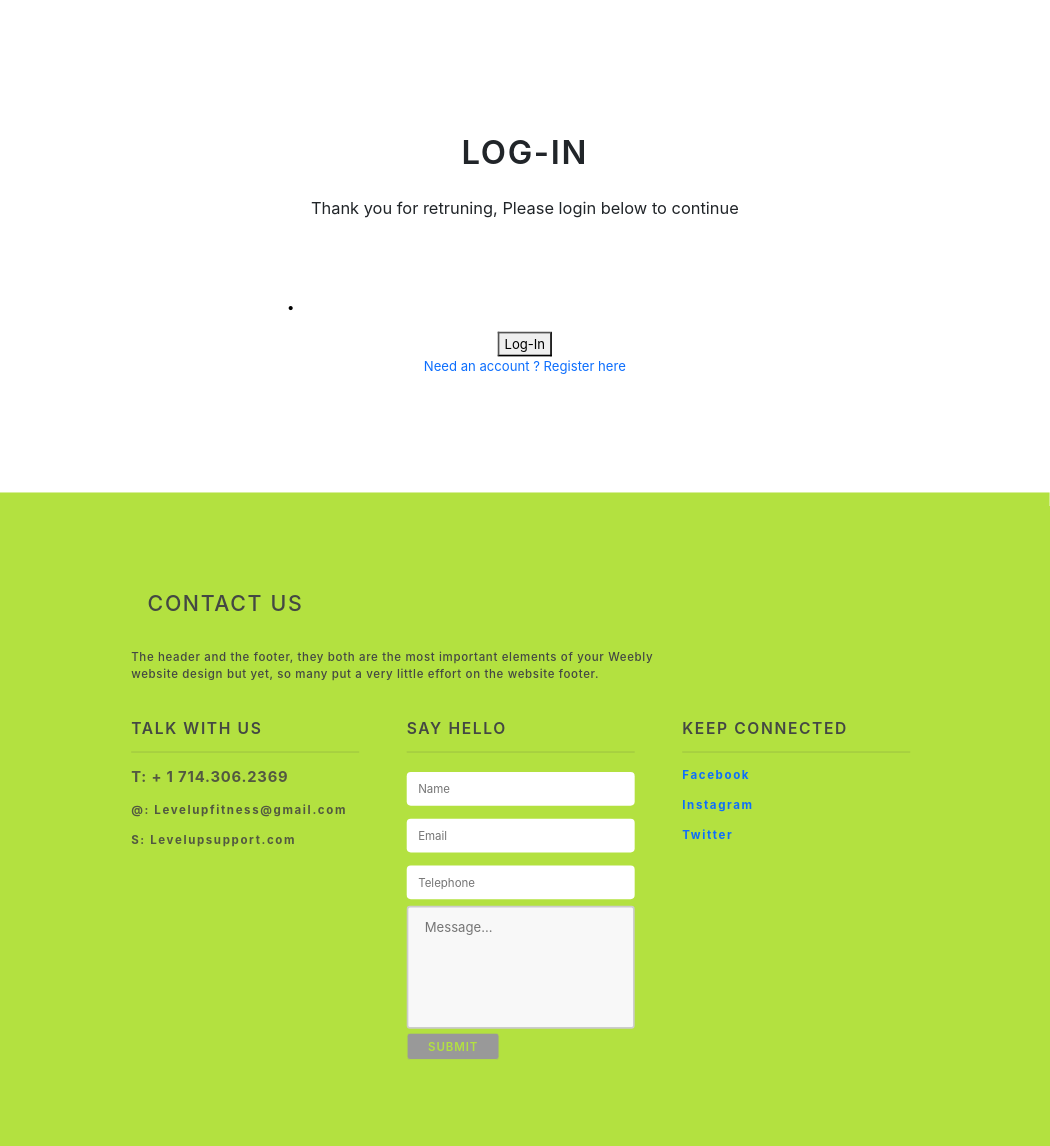
Repository: Bojurie/Level-up
Page: /login (app in client/)
These files come from the project's save history. The page is drawn as it stood at one moment and after a run of saves; the edit follows.
The browser window is 1280 px wide. The pictures show the part of the page from y = 314 to 1711 px (the page is 1711 px tall), at 82% of full size.
Some web fonts or font styles are not loaded; a fallback is used. Some web libraries are served in a nearby version. The project was rebuilt for these pictures with package versions that can differ from the ones it lists, and the page was loaded fresh each time. Also part of the build but not shown: client/src/components/Carousel.css, client/src/components/Carousel.js, client/src/components/BlogIist.js, client/src/components/HomeVlog.css, client/src/components/HomeVlog.js, client/src/components/homeProducts.css, client/src/components/HomeProducts.js, client/src/components/HomeShop.css and 12 more.

Above is the page before, as saved 2022-12-04 13:00:20.

### client/public/index.html
<!DOCTYPE html>
<html lang="en">
  <head>
    <meta charset="utf-8" />
    <link rel="icon" href="%PUBLIC_URL%/favicon.ico" />
    <meta name="viewport" content="width=device-width, initial-scale=1" />
    <meta name="theme-color" content="#000000" />
    <meta
      name="description"
      content="Web site created using create-react-app"
    />
    <link rel="apple-touch-icon" href="%PUBLIC_URL%/logo192.png" />
    <link rel="manifest" href="%PUBLIC_URL%/manifest.json" />

    <link rel="preconnect" href="https://fonts.googleapis.com" />
    <link rel="preconnect" href="https://fonts.gstatic.com" crossorigin />
    <link
      href="https://fonts.googleapis.com/css2?family=Asap+Condensed:ital,wght@0,400;0,500;1,400&family=Chivo:wght@300;400&family=Jura:wght@300;400;500;600;700&family=Lato:ital,wght@0,400;0,700;1,400&family=Nunito+Sans:wght@400;600&family=Oswald:wght@300;500;700&family=Playball&family=Roboto:ital,wght@0,400;0,500;1,500&family=Wallpoet&display=swap"
      rel="stylesheet"
    />

    <link
      rel="stylesheet"
      href="https://cdn.jsdelivr.net/npm/bootstrap@5.1.3/dist/css/bootstrap.min.css"
      integrity="sha384-1BmE4kWBq78iYhFldvKuhfTAU6auU8tT94WrHftjDbrCEXSU1oBoqyl2QvZ6jIW3"
      crossorigin="anonymous"
    />
    <script
      src="https://kit.fontawesome.com/5ffdb52964.js"
      crossorigin="anonymous"
    ></script>
    <title>React App</title>
    <script
      src="https://kit.fontawesome.com/5ffdb52964.js"
      crossorigin="anonymous"
    ></script>
  </head>
  <body>
    <noscript>You need to enable JavaScript to run this app.</noscript>
    <div id="root"></div>
    <!--
      This HTML file is a template.
      If you open it directly in the browser, you will see an empty page.

      You can add webfonts, meta tags, or analytics to this file.
      The build step will place the bundled scripts into the <body> tag.

      To begin the development, run `npm start` or `yarn start`.
      To create a production bundle, use `npm run build` or `yarn build`.
    -->
  </body>
</html>

### client/src/App.js
import React from 'react';
// import { BrowserRouter as Router, Route, Routes } from 'react-router-dom';
import { BrowserRouter as Router, Route, Routes} from 'react-router-dom'


import Home from './pages/Home';
import About from './pages/About';
import Shop from './pages/Shop';
import Contact from './pages/Contact';
import Navbar from './components/Navbar';
import Footer from './components/Footer';
import LogIn from './pages/LogIn';
import Register from './pages/Register';
// import Chart from './components/Chart';
import Vlog from './pages/Vlog';

import {DataProvider} from './components/Context'


function App() {

  return (
        <Router>
          <DataProvider>
          <Navbar />
          <Routes>
              <Route path='/' element={<Home />} />
              <Route path='/about' element={<About />} />
              <Route path='/contact' element={<Contact />} />
              <Route path='/shop' element={<Shop />} />
              <Route path='/vlog' element={<Vlog />} />
              <Route path='/login' element={<LogIn/>} />
              <Route path='/register' element={<Register />} />
              {/* <Route path='/chart' element={<Chart/>} /> */}
          </Routes>
          <Footer />
          </DataProvider>
        </Router>
  );
}

export default App;

### client/src/components/Navbar.js
import React from 'react';
import { Link } from 'react-router-dom';

import './Navbar.css'
import Logo from '../images/Logo.png'



const Navbar = () => {
  return (
    <nav className='navbar'>
      <div className='navbar-wrapper'>
        <Link to='/' className='logo'>
            <img src={Logo} alt='logo' />
        </Link>
        <ul className='navbar-links'>
            <Link to='/' >Home </Link>
            <Link to='/shop'> Shop</Link>
            <Link to='/Vlog'> V-Log</Link>
            <Link to='/about'> About</Link>
            <Link to='/contact'> Contact</Link>
            <Link to='/login'> Login </Link>
            <Link to='/register'>SignUp</Link>
            <Link to='/chart'><i class="fa-solid fa-cart-shopping"></i></Link>

        </ul>
      </div>

    </nav>
  );
}

export default Navbar;

### client/src/components/Footer.js
import React from 'react';
import { Link } from 'react-router-dom';
  import { FontAwesomeIcon } from '@fortawesome/react-fontawesome'
  import { instagram } from '@fortawesome/free-solid-svg-icons'

import './Footer.css';

const Footer = () => {
  return (
    <div className='footer'>
      <div className='footer-wrapper'>
        <div className='footer-header-wrapper'>
          <div className='footer-header'>
            <h1>Contact Us</h1>
          </div>
          <div className='footer-paragraph'>
            <p>The header and the footer, they both are the most important elements of your Weebly website design but yet, so many put a very little effort on the website footer.</p>
          </div>

        </div>
        <div className='footer-nav-content'>
            <div className='footer-navs-left'>
              <h3>Talk With Us</h3><hr/>
              <div className='footer-contact'>
                <div className='tel'>
                  <p>T: + 1 714.306.2369</p>
                </div>
                <div className='email'>
                  <p>@: Levelupfitness@gmail.com</p>
                </div>
                <div className='support'>
                  <p>S: Levelupsupport.com</p>
                </div>

              </div>

            </div>
            <div className='footer-navs-middle'>
                <h3>Say Hello</h3><hr/>
              <div className='footer-form'>

                  <form className='form'>
                    <input type='text' placeholder=' Name' />
                    <input type='text' placeholder=' Email' />
                    <input type='text' placeholder=' Telephone' />
                    <textarea placeholder='Message...' />
                  </form>
                  <div className='form-btn'>
                    <input type='submit' placeholder='' />
                  </div>

              </div>
            </div>
            <div className='footer-navs-right'>
              <h3>Keep Connected</h3><hr/>
              <div className='social-media'>
                <p><Link to='/'>Facebook</Link></p>
                <p><Link to='/'><FontAwesomeIcon icon="fa-brands fa-instagram" /> Instagram</Link></p>
                <p><Link to='/'>Twitter</Link></p>

              </div>

            </div>
        </div>


      </div>
    </div>
  );
}

export default Footer;

### client/src/pages/LogIn.js
import React from 'react';
import LoginForm from '../components/auth/LoginForm';
import { FormTitle } from '../components/FormTitle';
import './Login.css'

const LogIn = () => {
  return (
    <div >
      <FormTitle className="FormTitleLogin-title" text="Log - In " />
      <div>
        <div className='login'>
          <div className='login-wrapper'>
            <div className='login-form-wrapper'>
              <LoginForm />
            </div>
          </div>
        </div>
      </div>



    </div>
  );
}

export default LogIn;

### client/src/components/Context.js
import React,{Component} from 'react';
export const DataContext = React.createContext();

export class DataProvider extends Component {
  constructor(props) {
    super(props)

    this.state = {
       products: [
         {
          "_id": "1",
          "title": "Level-Up Sweat Pant",
          "src": "https://images.unsplash.com/photo-1618354691373-d851c5c3a990?ixlib=rb-1.2.1&ixid=MnwxMjA3fDB8MHxwaG90by1wYWdlfHx8fGVufDB8fHx8&auto=format&fit=crop&w=658&q=80",
          "description": "Classic fit for running and outdoor activities.",
          "price": 39,
          "colors": ["red", "blue", "black"],
          "count": 2,
         },
         {
          "_id": "2",
          "title": "Kids Level-Up SweatPant",
          "src": "https://images.unsplash.com/flagged/photo-1555895312-bbc472c964f3?ixlib=rb-1.2.1&ixid=MnwxMjA3fDB8MHxwaG90by1wYWdlfHx8fGVufDB8fHx8&auto=format&fit=crop&w=388&q=80",
          "description": "Kids track sweatsuit for running or leisure activities",
          "price": 20,
          "colors": ["red", "blue", "black"],
          "count": 2,
         },
         {
          "_id": "3",
          "title": "Level Up Tank Top",
          "src": "https://images.unsplash.com/photo-1618354691373-d851c5c3a990?ixlib=rb-1.2.1&ixid=MnwxMjA3fDB8MHxwaG90by1wYWdlfHx8fGVufDB8fHx8&auto=format&fit=crop&w=658&q=80",
          "description": "description",
          "price": 20,
          "colors": ["red", "blue", "black"],
          "count": 2,
         },
         {
          "_id": "4",
          "title": "Level Up T-Shirt",
          "src": "https://images.unsplash.com/photo-1618354691373-d851c5c3a990?ixlib=rb-1.2.1&ixid=MnwxMjA3fDB8MHxwaG90by1wYWdlfHx8fGVufDB8fHx8&auto=format&fit=crop&w=658&q=80",
          "description": "description",
          "price": 20,
          "colors": ["red", "blue", "black"],
          "count": 2,
         },
         {
          "_id": "5",
          "title": "Level Up Sweater",
          "src": "https://images.unsplash.com/photo-1618354691373-d851c5c3a990?ixlib=rb-1.2.1&ixid=MnwxMjA3fDB8MHxwaG90by1wYWdlfHx8fGVufDB8fHx8&auto=format&fit=crop&w=658&q=80",
          "description": "description",
          "price": 20,
          "colors": ["red", "blue", "black"],
          "count": 2,
         },
         {
          "_id": "6",
          "title": "Level Up Embroidery Shirt",
          "src": "https://images.unsplash.com/photo-1618354691373-d851c5c3a990?ixlib=rb-1.2.1&ixid=MnwxMjA3fDB8MHxwaG90by1wYWdlfHx8fGVufDB8fHx8&auto=format&fit=crop&w=658&q=80",
          "description": "description",
          "price": 20,
          "colors": ["red", "blue", "black"],
          "count": 2,
         },
       ]
    }
  }

  render(){
    const {products} = this.state;
    return(
      <DataContext.Provider value={{products}}>
        {this.props.children}
      </DataContext.Provider>
    )
  }
}
export default DataProvider;

### client/src/pages/About.css
.aboutContainer h1 {
  text-transform: uppercase;
  font-weight: bold;
  letter-spacing: 2px;
  padding: 50px 0;
}

.aboutContainer {
  padding: 40px 160px;
}

.aboutParagraph p {
  letter-spacing: 1px;
  line-height: 30px;
  font-weight: 500;
}

.AboutUs-content {
  display: flex;
}

.AboutHistory,
.AboutGoal,
.Aboutproduct {
    margin: 0 10px;
    background-color: rgb(229, 228, 228);
}

.history-img {
  max-width: 100%;
}
.history-img img{
  width: 100%;
}

.history-content {
  padding: 10px 0;
}
.history-content p, h1 {
  padding: 20px;
}
.history-content h1{
  font-size: 19px;
  padding: 20px
}

### client/src/components/FormTitle.js
import React from "react";
import './FormTitle.css';

export function FormTitle(props) {
  const { className, text } = props;
  return <h1 className={`${className} form-title`}>{text}</h1>;
}

### client/src/components/Navbar.css
.logo img {
  width: 250px;
}

.navbar {
  padding-top: 0;
  display: contents;
}

.navbar-wrapper {
  display: flex;
  /* justify-content: center; */
  align-items: center;
  height: 90px;
  background: #b3e140;
  padding: 0 50px;
  justify-content: space-between;
}

.navbar-links {
  margin-bottom: 0;
}

.navbar-links a {
  font-size: 14px;
  letter-spacing: 2px;
  font-weight: 700;
  text-transform: capitalize;
  margin: 0 10px;
  color: rgb(68, 72, 67);

}

a {
  list-style: none;
  text-decoration: none;
}

### client/src/components/Footer.css
.footer {
  background-color: #b3e140;
      font-size: 14px;
    letter-spacing: 2px;
    font-weight: 700;

    color: rgb(68, 72, 67);
}
.footer-header h1 {
 font-size: 26px;
 text-transform: uppercase;
 letter-spacing: 2px;
}

.footer-navs {
  text-decoration: none;
  list-style-type: none;

}
.footer-navs li{
  padding: 10px 0;
  letter-spacing: 1px;
  text-transform: uppercase;
  font-weight: 600;

}
.footer-wrapper {
  padding: 100px 160px;
}

.footer-contact {



}
.footer-nav-content p {
 color: #424141db;
}
.footer-contact > .tel p{
    font-size: 18px;
    letter-spacing: 1px;

}
.footer-contact > .email p{
    font-size: 14px;
    /* letter-spacing: 2px; */
}
.footer-contact > .support p{
    font-size: 14px;
    letter-spacing: 2px;
}
.footer-paragraph {
  width: 70%;
  letter-spacing: .8px;
  font-weight: 500;
  padding: 10px 0;
}
.footer-wrapper h3{
 text-transform: uppercase;
 letter-spacing: 2px;
 font-size: 19px;
 font-weight: 600;

}

.footer-nav-content {
  display: flex;
  justify-content: space-between;
}



.footer-navs-left,
.footer-navs-middle,
.footer-navs-right{

  padding: 20px 10px 0 0;
  border-radius: 10px;
}

.footer-form {
  background-color: none !important;
}

/* footer Left section */
.footer-navs-left {
  width: 30%;
}

/* footer Middle section */
.footer-navs-middle {
 width: 30%;
}

.form {
  display: grid;
}
.form input {
  padding: 10px ;
  margin: 8px 0;
  border-radius: 5px;
  border: none;
}
.form input:focus {
  border: none;
}

.form textarea {
   width: 100%;
  height: 150px;
  padding: 12px 20px;
  box-sizing: border-box;
  border: 2px solid #ccc;
  border-radius: 4px;
  background-color: #f8f8f8;
  font-size: 16px;
  resize: none;
}
.form input:active {

  border: 1px solid rgb(241, 234, 234);

}
.form-btn {

}
.form-btn input {
     padding: 5px 25px;
    margin: 5px 0;
    border-radius: 4px;
    background-color: #999999;
    border: 1px solid  #b3e140;
    color: #b3e140;
    letter-spacing: 1.1px;
    font-weight: 600;
    text-transform: uppercase;
}

.footer-navs-right {
  width: 30%;
}

### client/src/components/auth/LoginForm.js
import React, { useState, useEffect } from 'react';
import { Link } from 'react-router-dom';
import axios from 'axios';
import './LoginForm.css'

const LoginForm = () => {
    const regUrl = 'http://localhost:5001/auth/login'
    const [ userLogin, setUserLogin ] = useState({
        username: " ",
        password: " "
    })

    const handleInputChange = (e) => {
        const newUserLogin = {...userLogin}
        newUserLogin[e.target.id] = e.target.value
        setUserLogin(newUserLogin)
        console.log(newUserLogin)
  }

      const submit = (e) =>{
        e.preventDefault();
        axios.post(regUrl ,
        {
            username: userLogin.username,
            password: userLogin.password,
        })
        .then(res => {
            console.log(res.userLogin)
        })
    }

  return (
   <div className='loginForm'>
      <div className='loginForm-wrapper'>
          <div className='loginForm-header'>
            <h1 className='login-header'>Log-In</h1>
            <p>Thank you for retruning, Please login below to continue</p>
          </div>

          <form className='form' onSubmit={(e) => submit(e) }>
            <input
                type='text'
                name='username'
                id='username'
                placeholder=' Username...'
                value={userLogin.username}
                onChange = {(e) => handleInputChange(e)}
                required
              />
            <input
                type='password'
                name='password'
                id='password'
                placeholder=' Password...'
                value={userLogin.password}
                onChange = {(e) => handleInputChange(e)}
                required
              />
              <div className='loginBtn'>
                <button type='submit'  >Log-In</button>
              </div>
          </form>


          <Link to='/register'>Need an account ? Register here</Link>


      </div>


   </div>
  )
}

export default LoginForm

### client/src/pages/Login.css
.login {
    width: 100%;
    height: 600px;
    display: flex;
    justify-content: center;
    align-items: center;
}

.login-wrapper {
  margin: 0 60px;
}

### client/src/components/FormTitle.css
.form-title {
  font-size: 3rem;
  font-weight: 700;
  line-height: 2rem;
  margin: auto 0;
  color: white;
  background-image: url('https://images.unsplash.com/photo-1581397867105-8c988bd747e6?ixlib=rb-4.0.3&ixid=MnwxMjA3fDB8MHxwaG90by1wYWdlfHx8fGVufDB8fHx8&auto=format&fit=crop&w=1170&q=80') ;
    background-repeat: no-repeat;
  background-position: center;
  background-size: cover;
  padding: 7rem 0 7rem 10rem;
  letter-spacing: 5px;
  text-transform: uppercase;
  display: flex;
  justify-content: flex-start;

}
.form-title h1{


}


.shopForm-title {
 font-size: 3rem;
  font-weight: 700;
  line-height: 2rem;
  letter-spacing: 5px;
  text-transform: uppercase;
  display: flex;
  margin: auto 0;
   background-image: url('https://images.unsplash.com/photo-1581397867105-8c988bd747e6?ixlib=rb-4.0.3&ixid=MnwxMjA3fDB8MHxwaG90by1wYWdlfHx8fGVufDB8fHx8&auto=format&fit=crop&w=1170&q=80') ;
    background-repeat: no-repeat;
  background-position: center;
  background-size: cover;

  padding: 7rem 0 7rem 10rem;
  justify-content: flex-start;

}
.FormTitleLogin-title {
  font-size: 3rem;
  font-weight: 700;
  line-height: 2rem;
  padding: 6rem 0;
  letter-spacing: 5px;
  text-transform: uppercase;
  display: flex;
  justify-content: center;
  margin: auto 0;
   background-image: url('https://images.unsplash.com/photo-1609770231080-e321deccc34c?ixlib=rb-4.0.3&ixid=MnwxMjA3fDB8MHxwaG90by1wYWdlfHx8fGVufDB8fHx8&auto=format&fit=crop&w=765&q=80') ;
    background-repeat: no-repeat;
  background-position: center;
  background-size: cover;

}
.ContactForm-title {
 /* font-size: 3rem;
  font-weight: 700;
  line-height: 2rem;
  text-transform: uppercase; */
  display: flex;
  margin: auto 0;
   background-image: url('https://images.unsplash.com/photo-1587560699334-bea93391dcef?ixlib=rb-4.0.3&ixid=MnwxMjA3fDB8MHxwaG90by1wYWdlfHx8fGVufDB8fHx8&auto=format&fit=crop&w=1170&q=80') ;
    background-repeat: no-repeat;

 padding: 7rem 0 7rem 10rem;
  letter-spacing: 5px;
  justify-content: flex-start;

}
.RegisterForm-title {
  font-size: 3rem;
  font-weight: 700;
  line-height: 2rem;
  padding: 6rem 0;
  letter-spacing: 5px;
  text-transform: uppercase;
  display: flex;
  justify-content: center;
  margin: auto 0;
   background-image: url('https://images.unsplash.com/photo-1563906267088-b029e7101114?ixlib=rb-4.0.3&ixid=MnwxMjA3fDB8MHxwaG90by1wYWdlfHx8fGVufDB8fHx8&auto=format&fit=crop&w=1170&q=80') ;
    background-repeat: no-repeat;
  /* background-position: bottom; */
  /* background-size: cover; */
    /* background-attachment: */


}
.VlogForm_title h1{


}
.VlogForm_title {
  /* font-size: 3rem;
  font-weight: 700;
  line-height: 2rem; */
  padding: 7rem 0 7rem 10rem;
  letter-spacing: 5px;
  text-transform: uppercase;
  display: flex;
  justify-content: flex-start;
  margin: auto 0;
   background-image: url('https://images.unsplash.com/photo-1440778303588-435521a205bc?ixlib=rb-4.0.3&ixid=MnwxMjA3fDB8MHxwaG90by1wYWdlfHx8fGVufDB8fHx8&auto=format&fit=crop&w=1470&q=80') ;
    background-repeat: no-repeat;
  background-position: center;
  background-size: cover;

}

@media screen and (max-width: 414px) {
  .form-title {
    padding: 4rem 1rem;

  }

}

### client/src/components/auth/LoginForm.css
.loginForm-wrapper {
  text-align: center;
    justify-content: center;
    width: 600px;
    margin: auto;
    padding: 90px 0;

}
.login-header {
  text-transform: uppercase;
  letter-spacing: 2px;
  font-weight: 600;
}


form {
  display: grid;
}

.loginForm-header {
  font-size: 20px;
}

.loging
form input {
  margin: 5px 0;
  padding: 10px;
  border-radius: 10px;
  border: 1px solid white;
  background-color: rgba(243, 247, 255, 0.715) !important;
}
form input:focus{
  border: 2px solid green;
}
form > .loginBtn > input{
  padding: 8px;
  width: 100%;
  background-color:#999999!important;
  color: #ccf368;
  font-weight: 700;
  border: none;
  margin:5px 0 ;
  font-size: 20px;
  letter-spacing: 3px;
}

### client/src/components/auth/registerForm.css

.registerForm-wrapper {
  text-align: center;
    justify-content: center;
    width: 600px;
    margin: auto;
    padding: 90px 0;

}
.login-header {
  text-transform: uppercase;
  letter-spacing: 2px;
  font-weight: 600;
}


form {
  display: grid;
}

.loginForm-header {
  font-size: 20px;
}

.register
form input {
  margin: 5px 0;
  padding: 10px;
  border-radius: 10px;
  border: 1px solid white;

}
form input:focus{
  border: 2px solid green;
}
form > .loginBtn > input{
  padding: 8px;
  width: 100%;
  background-color: #b3e140 !;
  border: none;
  margin:5px 0 ;
}

Loaded but not shown: client/src/index.js (common file); client/src/index.css (common file); client/src/components/BlogList.css (no stored copy; drawn as an empty file)

After the next 2 saves:
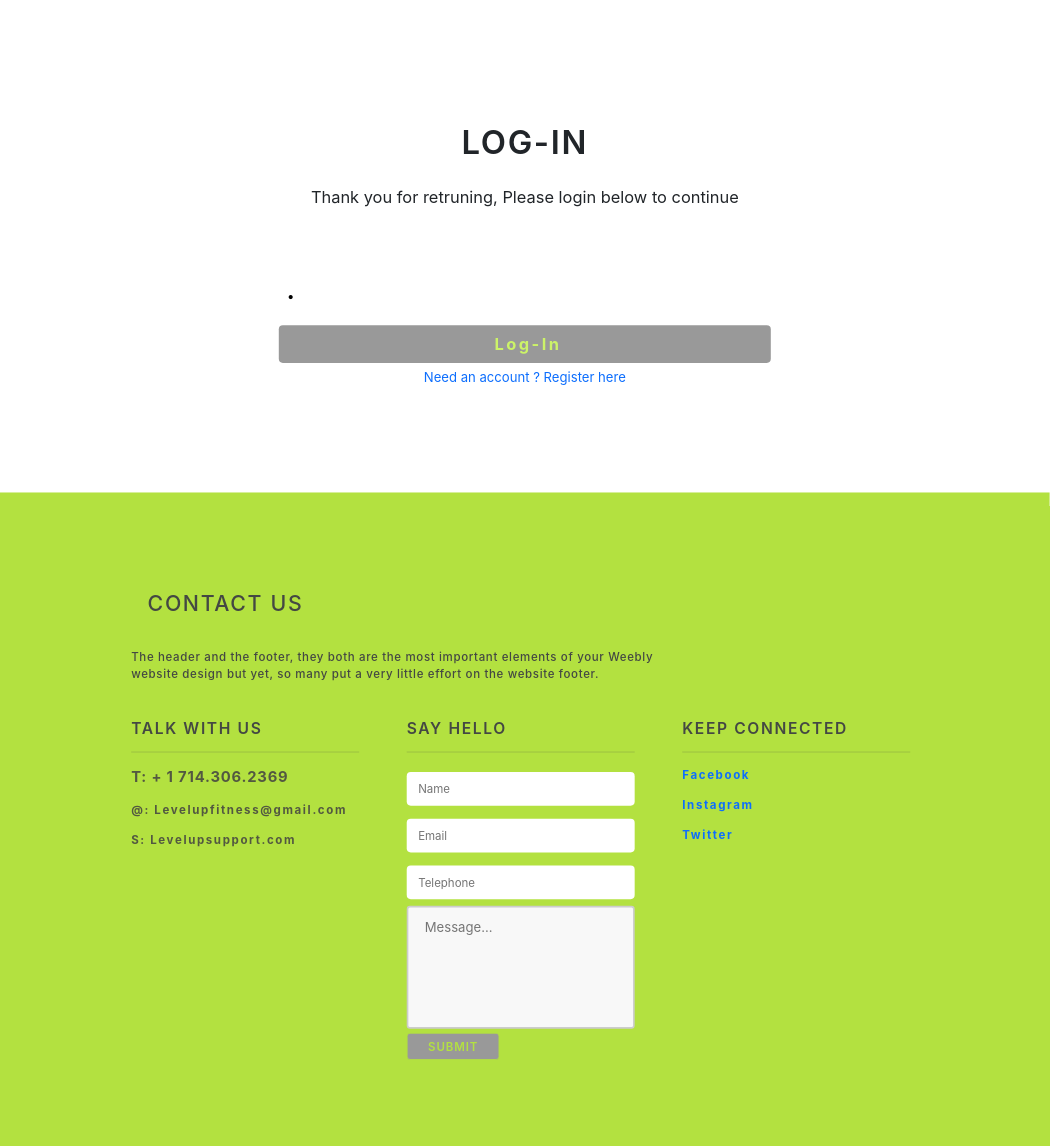
The 2 saves are shown as one change because 1 did not build or start.
The last was saved 2 min 49 s later.
--- a/client/src/components/auth/LoginForm.js
+++ b/client/src/components/auth/LoginForm.js
@@ -57,7 +57,7 @@ const LoginForm = () => {
                 required
               />
               <div className='loginBtn'>
-                <button type='submit'  >Log-In</button>
+                <input type='submit' value=" Log-In" />
               </div>
           </form>
 
